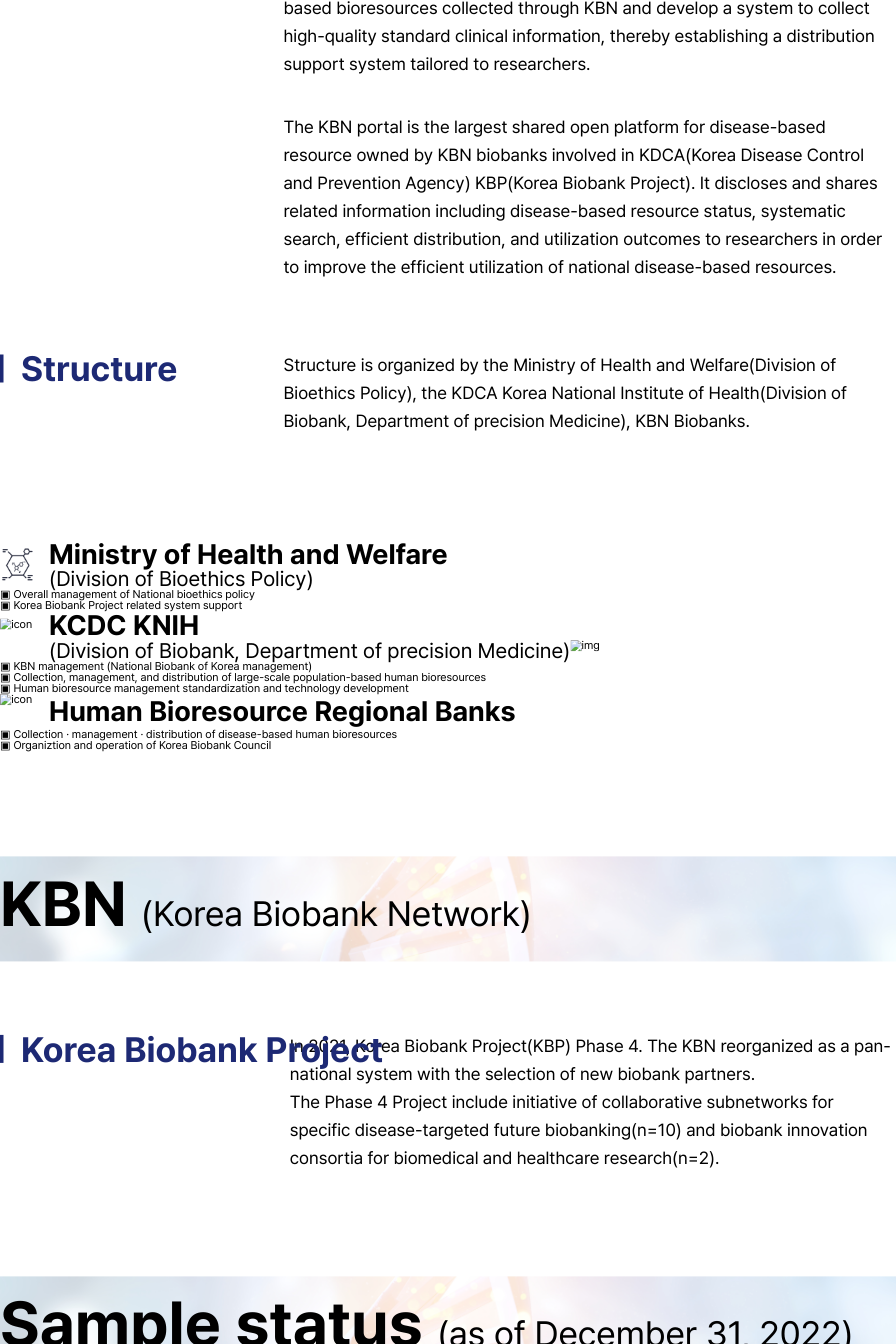
Repository: dlgywls1130/kbn_makedit
Page: index.html
An editor plug-in stored every save of this project. The page is shown before and after the next save, followed by the edit.
The browser window is 1280 px wide. The pictures show the part of the page from y = 1209 to 3129 px (the page is 4869 px tall), at 70% of full size.
Some web libraries are served in a nearby version.

Above is the page before, as saved 2023-10-15 16:14:15.

### index.html
<!DOCTYPE html>
<html lang="en">
<head>
    <meta charset="UTF-8">
    <meta name="viewport" content="width=device-width, initial-scale=1.0">
    <title>KBN</title>

    <link rel="stylesheet" href="./css/reset.css">
    <link rel="stylesheet" href="./css/style.css">

    <!-- slick css -->
    <link rel="stylesheet"  type="text/css" href="./css/slick.css">

</head>
<body>

    <!-- header -->
    <header>
        <div class="header_wrapper">
            <div class="header_logo">
                <img src="./image/logo.png" alt="logo">
            </div>
            <ul class="nav_list">
                <li><a href="#about"> About us</a></li>
                <li><a href="#kbn">KBN</a></li>
                <li><a href="#sample">Sample status</a></li>
                <li><a href="#distribution">Distribution procedure</a></li>
                <li><a href="#biobanks">KBN Biobanks</a></li>
            </ul>
            <div class="header_en">
                <div class="en_icon">
                    <img src="./image/language.png" alt="icon">
                </div>
                <p>EN</p>
            </div>
        </div>

    </header>


    <!-- main banner -->
    <section>
        <div class="main_banner">
            <div class="slide_wrap">
                <div class="slide_list first-slide">
                    <div class="slide_content">
                        <h2 class="slide_title">
                            The Biggest Disease-based
                            <Br>Human Biobank Network of Korea
                        </h2>
                        <p class="slide_sub">
                            KBN, the largest biobank network in korea, collects, manages, and holds disease-based
                            <Br>human bioresources, i.e. various samples of more than 600,000 individuals.
                        </p>
                    </div>
                </div>
                <div class="slide_list second-slide">
                    <div class="slide_content">
                        <h2 class="slide_title">
                            KBN Distribution Support Center
                        </h2>
                        <p class="slide_sub">
                            The Center provides human bioresources, and clinical and epidemiological information
                            <Br> held by KBN biobanks nationwide and actively supports the distribution.

                        </p>
                    </div>
                </div>
                <div class="slide_list three-slide">

                    <div class="slide_content">
                        <h2 class="slide_title">
                            KBN Provides On-line Searching Database
                            <Br>and Operates Distribution Support Center
                        </h2>
                        <p class="slide_sub">
                            Researchers conduct KBN human bioresource search, while the distribution support
                            <Br>center provides services customized to individual users.
                        </p>
                    </div>
                </div>
            </div>
        </div>
    </section>

    <!-- about us -->
    <section id="about">
        <div class="about_wrap">
            <div class="content_width">
                <h2 class="section_title">About us</h2>
            </div>

            <div class="about-us">
                <div class="about_content">
                    <div class="content_list mb-100">
                        <div class="list_main">
                            KBN Portal
                        </div>
                        <div class="list_descript">
                            <p class="mb-50">The Korea Biobank Network’s Human Bioresource Sharing and Access Platform, established in 2019, aims
                            to expand the accessibility of the disease-based bioresources collected through KBN and develop a
                            system to collect high-quality standard clinical information, thereby establishing a distribution support
                            system tailored to researchers.</p>

                            <p>The KBN portal is the largest shared open platform for disease-based resource owned by KBN biobanks
                            involved in KDCA(Korea Disease Control and Prevention Agency) KBP(Korea Biobank Project).
                            It discloses and shares related information including disease-based resource status, systematic search,
                            efficient distribution, and utilization outcomes to researchers in order to improve the efficient utilization of
                            national disease-based resources.</p>
                        </div>
                    </div>
                    <div class="content_list">
                        <div class="list_main">
                            Structure
                        </div>
                        <div class="list_descript">
                            <p>Structure is organized by the Ministry of Health and Welfare(Division of Bioethics Policy), the KDCA Korea
                                National Institute of Health(Division of Biobank, Department of precision Medicine), KBN Biobanks.</p>
                        </div>
                    </div>
                </div>
                <div class="about_acodian">
                    <div class="acodian_list">
                        <div class="accordion-item">
                            <h3 class="title">
                                <div class="acodian_icon">
                                    <img src="./image/about_ico1.png" alt="icon">
                                </div>
                                <p>Ministry of Health and Welfare
                                    <span>(Division of Bioethics Policy)</span>
                                </p>

                            </h3>
                            <div class="paragraph">
                                <p>▣ Overall management of National bioethics policy</p>
                                <p>▣ Korea Biobank Project related system support</p>
                            </div>
                        </div>
                        <div class="accordion-item">
                            <h3 class="title">
                                <div class="acodian_icon">
                                    <img src="" alt="icon">
                                </div>
                                <p>KCDC KNIH
                                    <span>(Division of Biobank, Department of precision Medicine)</span>
                                </p>

                            </h3>
                            <div class="paragraph">
                                <p>▣ KBN management (National Biobank of Korea management)</p>
                                <p>▣ Collection, management, and distribution of large-scale population-based human bioresources </p>
                                <p>▣ Human bioresource management standardization and technology development</p>
                            </div>
                        </div>
                        <div class="accordion-item">
                            <h3 class="title">
                                <div class="acodian_icon">
                                    <img src="" alt="icon">
                                </div>
                                <p>Human Bioresource Regional Banks</p>

                            </h3>
                            <div class="paragraph">
                                <p>▣ Collection · management · distribution of disease-based human bioresources</p>
                                <p>▣ Organiztion and operation of Korea Biobank Council</p>
                            </div>
                        </div>
                    </div>
                    <div class="acodian_circle">
                        <img src="" alt="img">
                    </div>
                </div>
            </div>
        </div>

    </section>

    <!-- kbn -->

    <section id="kbn">
        <div class="kbn_wrap">
            <div class="content_width">
                <h2 class="section_title">KBN <span>(Korea Biobank Network)</span></h2>
            </div>
            <div class="kbn_content">
                <div class="content_list">
                    <div class="list_main">
                        Korea Biobank Project
                    </div>
                    <div class="list_descript">
                        <p>In 2021, Korea Biobank Project(KBP) Phase 4. The KBN reorganized as a pan-national system with the
                            selection of new biobank partners.
                            </p>

                        <p>The Phase 4 Project include initiative of collaborative subnetworks for specific disease-targeted future
                            biobanking(n=10) and biobank innovation consortia for biomedical and healthcare research(n=2).
                            </p>
                    </div>
                </div>
                <div class="kbn_guidance_wrap">

                </div>
            </div>
        </div>

    </section>

    <!-- sample -->

    <section id="sample">
        <div class="sample_wrap">
            <div class="content_width">
                <h2 class="section_title">Sample status <span>(as of December 31, 2022)</span></h2>
            </div>
            <div class="sample_content">
                <div class="sample_list">
                    <div class="sample_list_left">
                        <div class="sample_list_icon">
                            <img src="" alt="img">
                        </div>
                        <div class="sample_list_title">
                            Current Situation
                        </div>
                    </div>
                    <div class="sample_list_right">
                        <div class="right_span">
                            <span>participants</span>
                            <p>663,254</p>
                        </div>
                        <div class="right_span">
                            <span>vials</span>
                            <p>9,062,621</p>
                        </div>
                    </div>
                </div>
                <div class="sample_list">
                    <div class="sample_list_left">
                        <div class="sample_list_icon">
                            <img src="" alt="img">
                        </div>
                        <div class="sample_list_title">
                            Distribution
                        </div>
                    </div>
                    <div class="sample_list_right">
                        <div class="right_span">
                            <span>studies</span>
                            <p>3215</p>
                        </div>
                    </div>
                </div>
                <div class="sample_list">
                    <div class="sample_list_left">
                        <div class="sample_list_icon">
                            <img src="" alt="img">
                        </div>
                        <div class="sample_list_title">
                            Utilization
                        </div>
                    </div>
                    <div class="sample_list_right">
                        <div class="right_span">
                            <span>papers</span>
                            <p>948</p>
                        </div>
                        <div class="right_span">
                            <span>patents</span>
                            <p>116</p>
                        </div>
                    </div>
                </div>
            </div>
        </div>

    </section>

    <!-- Distribution  -->
    <section id="distribution">
        <div class="distribution_wrap">
            <div class="content_width">
                <h2 class="section_title white">Distribution procedure</h2>
            </div>
            <div class="distribution_about">
                <div class="content_list">
                    <div class="list_main">
                        Procedure
                    </div>
                    <div class="list_descript">
                        <p>KBN Human bioresources application procedure for distribution.</p>

                        <p>KBN distributes the collected human bioresources to researchers for domestic healthcare R&D.
                            For access to, researcher(s) residing in Korea and carrying out a research project that has obtained IRB
                            approval(or exemption) can apply for access to human bioresource distribution, and if approved by the
                            Access and Sharing Committee, the bioresources are released.
                        </p>
                    </div>
                </div>
                <div class="text_slide">

                </div>
            </div>
        </div>
    </section>

    <!-- Biobanks  -->
    <section id="biobanks">
        <div class="biobank_wrap">
            <div class="content_width">
                <h2 class="section_title">KBN Biobanks <span>- targeted diseases</span></h2>
            </div>
            <div class="biobank_content">
                <div class="biobank_tab">

                </div>

            </div>
        </div>

    </section>

    <!-- logo slide -->
    <section>
        <div class="logo_loop">

        </div>
    </section>

    <!-- footer -->
    <footer>
        <div class="footer_wrap">
            <div class="footer_left">
                <h3 class="footer_title">
                    CONTACT US
                </h3>

                <div class="footer_contain">
                    <ul>
                        <li class="footer_text">kbnysvc@gmail.com</li>
                        <li class="footer_phone">+82 -31-546-2715</li>
                        <li class="footer_text">Monday-Friday 8:30am ~ 5:30pm</li>
                        <li class="footer_text">(Saturday and Sunday, Holidays : ClOSED)</li>
                    </ul>
                    <ul>
                        <li><img src="" alt="icon"></li>
                        <li><img src="" alt="icon"></li>
                    </ul>
                </div>

                <p>Yongin Severance Hospital 363, Dongbaekjukjeon-daero, Giheung-gu, Yongin-si, Gyeonggi-do 16995, Republic of Korea</p>
            </div>

            <div class="footer_right">
                <div class="right_top">
                    <h3 class="footer_title">
                        SOCIAL LINKS
                    </h3>
                    <div class="footer_sns">
                        <a href="" class="link_sns">
                            <img src="" alt="sns">
                        </a>
                        <a href="" class="link_sns">
                            <img src="" alt="sns">
                        </a>
                        <a href="" class="link_sns">
                            <img src="" alt="sns">
                        </a>

                    </div>
                </div>
                <div class="right_bottom">
                    <h3 class="footer_title">
                        RELATED SITE
                    </h3>
                    <div class="link_site">
                        <a href="" class="site_link">
                            <img src="" alt="link">
                        </a>
                        <a href="" class="site_link">
                            <img src="" alt="link">
                        </a>

                    </div>
                </div>

            </div>
        </div>
        <div class="footer_copy">
            <p>YONSEI UNIVERSITY, YONGIN SEVERANCE HOSPITAL. ALL RIGHTS RESERVED </p>
            <div class="copy_right">
                <p>Personal information processing policy</p>
                <p>Terms and Conditions</p>
            </div>
        </div>
    </footer>


    <script type="text/javascript" src="//code.jquery.com/jquery-1.11.0.min.js"></script>
    <script src="./js/slick.min.js"></script>
    <script src="./js/main.js"></script>
</body>
</html>

### css/style.css
:root{
    --main-text:#1D2974;
    --black-text:#000;
}


/* common */

body{
    font-family: 'pretendard',sans-serif ;
}

/* font */
@font-face {
    font-family: pretendard;
    src: url('/font/Pretendard-Regular.woff2') format('woff2'),
    url('/font/Pretendard-Regular.woff') format('woff'),
    url('/font/Pretendard-Regular.ttf') format('ttf'),
    url('/font/Pretendard-Regular.otf') format('otf');
    font-weight: 400;
}

@font-face {
    font-family: pretendard;
    src: url('/font/Pretendard-Medium.woff2') format('woff2'),
    url('/font/Pretendard-Medium.woff') format('woff'),
    url('/font/Pretendard-Medium.ttf') format('ttf'),
    url('/font/Pretendard-Medium.otf') format('otf');
    font-weight: 500;
}

@font-face {
    font-family: pretendard;
    src: url('/font/Pretendard-Bold.woff2') format('woff2'),
    url('/font/Pretendard-Bold.woff') format('woff'),
    url('/font/Pretendard-Bold.ttf') format('ttf'),
    url('/font/Pretendard-Bold.otf') format('otf');
    font-weight: 700;
}


section{margin-bottom:150px;}

.section_title{
    font-size: 90px;
    font-weight: 700;
    line-height:40px;
    max-width: 1680px;
    width: 100%;
    margin: 0 auto;
}

.section_title span{
    font-weight: 300;
    font-size: 50px;
}

.content_width{
    width: 100%;
    height: 150px;
    background:url('/image/title_back.jpg');
    background-repeat: no-repeat;
    background-size:cover;
    margin-bottom: 100px;
    display: flex;
    align-items: center;
}

.content_list {
    display: flex;
    align-items: flex-start;
    justify-content: space-between;
}

.content_list .list_main{
    position: relative;
    width: 30%;
    font-size: 50px;
    font-weight: 700;
    color: var(--main-text);
    white-space: nowrap;
    padding-left: 30px;
}

.content_list .list_main::before{
    position: absolute;
    content: '';
    left: 0;
    top: 50%;
    transform: translate(0,-50%);
    height: 40px;
    width: 5px;
    background: var(--main-text);
}

.content_list .list_descript{
    width: 70%;
}

.content_list .list_descript p{
    font-size: 25px;
    font-weight: 300;
    line-height: 40px;
}


/* common margin */

.mb-50{margin-bottom: 50px;}
.mb-100{margin-bottom: 100px;}


/* header */

header{
    position: fixed;
    top: 0;
    left: 0;
    background: #fff;
    width: 100%;
    height: 138px;
    padding: 28px 0;
    box-sizing: border-box;
    z-index: 9;
}

.header_wrapper{
    max-width: 1680px;
    width: 100%;
    margin: 0 auto;
    display: flex;
    align-items: center;
    justify-content: space-between;
}

.header_logo{
    width: 250px;
    height: 80px;
}

.header_logo img{
    width: 100%;
    height: 100%;
    object-fit: contain;
}

.header_wrapper .nav_list{
    display: flex;
}

.header_wrapper .nav_list li{
    padding: 0 50px;
}

.header_wrapper .nav_list li a{
    font-size: 25px;
    font-weight: 500;
    line-height: 0.03em;
    text-decoration: none;
    color:var(--black-text);
}

.header_en{display: flex; align-items: center;}

.header_en .en_icon{
    width: 24px;
    height: 24px;
}

.header_en .en_icon img{
    width: 100%;
    height: 100%;
    object-fit: contain;
}

.header_en p{
    margin-left: 8px;
    font-size: 20px;
    font-weight: 700;
}

/* main_banner */

.slide_wrap .slide_list{
    width: 100%;
    height: 100vh;
    position: relative;
}

.slide_wrap .slide_list.first-slide{
    background: url('/image/main_slide1.jpg');
    background-repeat: no-repeat;
    background-position: right center;
    background-size: cover;
}

.slide_wrap .slide_list.second-slide{
    background: url('/image/main_slide2.jpg');
    background-repeat: no-repeat;
    background-position: center center;
    background-size: cover;
}

.slide_wrap .slide_list.three-slide{
    background: url('/image/main_slide3.jpg');
    background-repeat: no-repeat;
    background-position: left center;
    background-size: cover;
}

.slide_content{
width: 100%;
position: absolute;
right: 8%;
top: 40%;
transform: translate(0,-50%);
}

.slide_content .slide_title{
    font-size: 60px;
    font-weight: 700;
    color: #fff;
    letter-spacing: 0.07em;
    text-align: right;
}

.slide_content .slide_sub{
    font-size: 25px;
    font-weight: 400;
    color: #fff;
    letter-spacing: 0.04em;
    text-align: right;
    margin-top: 40px;
}

.slick-dots{
    display: flex!important;
    align-items: center;
    position: absolute;
    top: 65%;
    right: 8%;
    column-gap: 30px;
}

.slick-dots button {
    color: rgba(2255,255,255,0.45);
    background:none;
    border-bottom:5px solid rgba(255,255,255,0.45);
    font-size: 25px;
    font-weight: 700;
    padding-bottom: 15px;
    border-top: none;
    border-left: none;
    border-right: none;
    box-shadow: none;
    outline: none;
}

.slick-dots button:hover,
.slick-dots .slick-active button {
    border-bottom:5px solid rgba(255,255,255,1);
    color: rgba(255,255,255,1);
}

.slick-arrow{
position: absolute;
top: 55%;

}

.slick-next{
    right: 8%;
    transform: rotate(45deg);
}

.slick-prev{
    right: 10%;
    z-index: 1;
    transform: rotate(225deg);
}

.arrow{
    width: 30px; /* 사이즈 */
    height: 30px; /* 사이즈 */
    border-top: 8px solid #fff; /* 선 두께 */
    border-right: 8px solid #fff; /* 선 두께 */
}


/* about us */
.about-us{
    max-width: 1680px;
    margin: 0 auto;
}

.about_content{
    margin-bottom: 150px;
}

.about_acodian{
    display: flex;
    align-items: center;
}

.accordion-item .title{
 display: flex;
 align-items: center;

}

.accordion-item .title p{
    font-size: 40px;
    font-weight: 700;
    color: #000;
    margin-left: 20px;
}

.accordion-item .title p span{
    font-size: 30px;
    font-weight: 300;
    display: block;
}

.accordion-item .acodian_icon{
    width: 50px;
    height: 50px;
}

.accordion-item .acodian_icon img{
    width: 100%;
    height: 100%;
}

### js/main.js
// main banner

$('.slide_wrap').slick({
    slidesToShow: 1,
    arrows: true,
    dots:true,
    autoplay: true,
  autoplaySpeed: 2000,
  infinite: true,
  prevArrow: '<div class="arrow slick-prev"></div>',
    nextArrow: '<div class="arrow slick-next"></div>',
  customPaging: function(slider, i) {
    var titles = ['Biobank', 'Support Center', 'On-line Searching'];
    return '<button>' + titles[i] + '</button>';
}
  });

Loaded but not shown: css/reset.css (common file); css/slick.css (common file); js/slick.min.js (library)

After the next save:
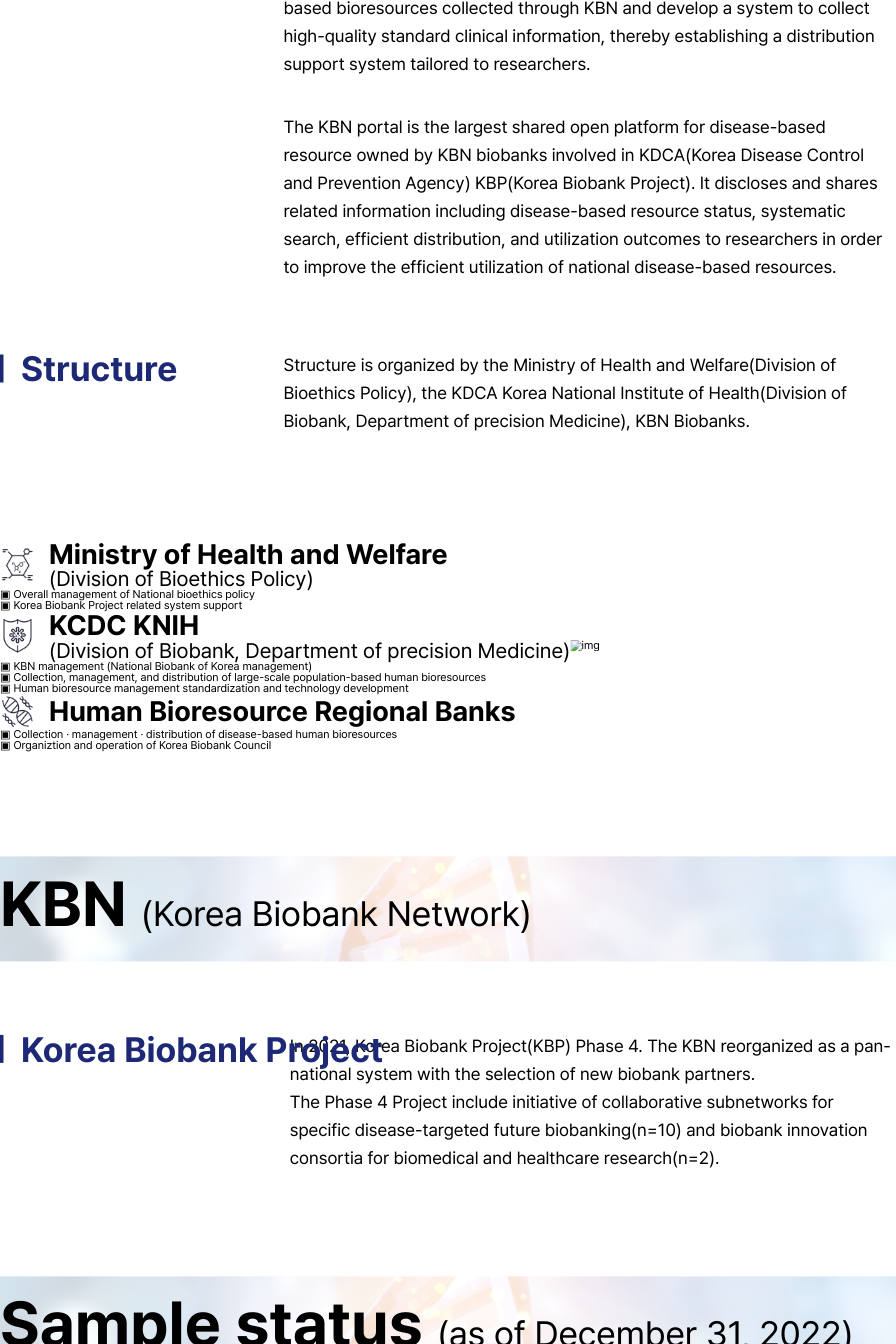
Saved 30 s later.
--- a/index.html
+++ b/index.html
@@ -139,7 +139,7 @@
                         <div class="accordion-item">
                             <h3 class="title">
                                 <div class="acodian_icon">
-                                    <img src="" alt="icon">
+                                    <img src="/image/about_ico2.png" alt="icon">
                                 </div>
                                 <p>KCDC KNIH
                                     <span>(Division of Biobank, Department of precision Medicine)</span>
@@ -155,7 +155,7 @@
                         <div class="accordion-item">
                             <h3 class="title">
                                 <div class="acodian_icon">
-                                    <img src="" alt="icon">
+                                    <img src="/image/about_ico3.png" alt="icon">
                                 </div>
                                 <p>Human Bioresource Regional Banks</p>
 
